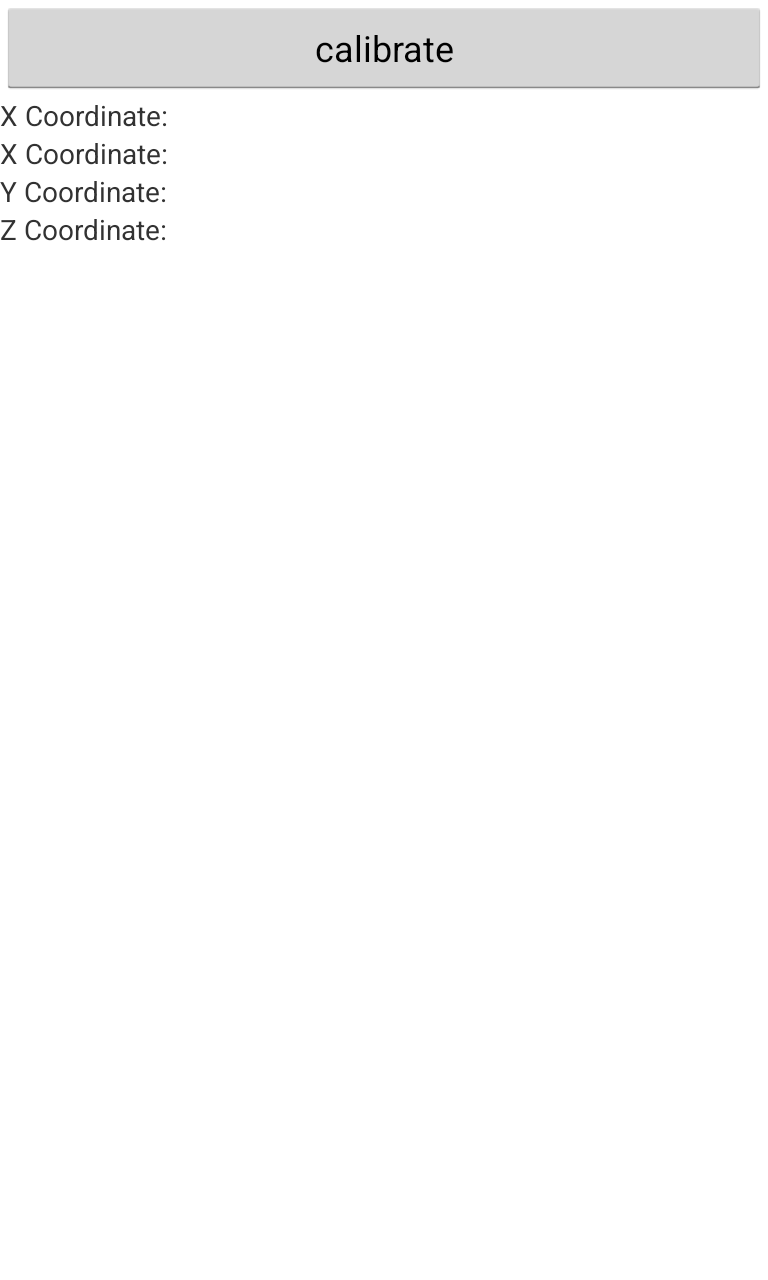
Repository: ayueh/hackmit
Layout: vibe/res/layout/activity_main.xml
An editor plug-in stored every save of this project. The layout is shown before and after the next save, followed by the edit.
It is drawn on a 768 x 1280 px phone screen (xhdpi) without system bars, with theme AppTheme; the app's code is not run.

Above is the layout before, as saved 2013-10-05 23:52:21.

### vibe/res/layout/activity_main.xml
<?xml version="1.0" encoding="utf-8"?>
<TableLayout
	xmlns:android="http://schemas.android.com/apk/res/android"
	android:layout_width="fill_parent"
	android:layout_height="fill_parent">

    <Button
     android:layout_height="wrap_content"
     android:layout_width="wrap_content"
     android:text="calibrate"
     android:onClick="calibrate" />

	<TableRow>
	<TextView
		android:id="@+id/mag"
		android:text="X Coordinate: "
		android:layout_width="wrap_content"
		android:layout_height="wrap_content"
	/>
	</TableRow>

	<TableRow>
	<TextView
		android:id="@+id/xcoor"
		android:text="X Coordinate: "
		android:layout_width="wrap_content"
		android:layout_height="wrap_content"
	/>
	</TableRow>

	<TableRow>
	<TextView
		android:id="@+id/ycoor"
		android:text="Y Coordinate: "
		android:layout_width="wrap_content"
		android:layout_height="wrap_content"
	/>
	</TableRow>

	<TableRow>
	<TextView
		android:id="@+id/zcoor"
		android:text="Z Coordinate: "
		android:layout_width="wrap_content"
		android:layout_height="wrap_content"
	/>
	</TableRow>

</TableLayout>

Loaded but not shown: vibe/res/values/styles.xml (common file); vibe/res/values-v11/styles.xml (common file); vibe/res/values-v14/styles.xml (common file)

After the next save:
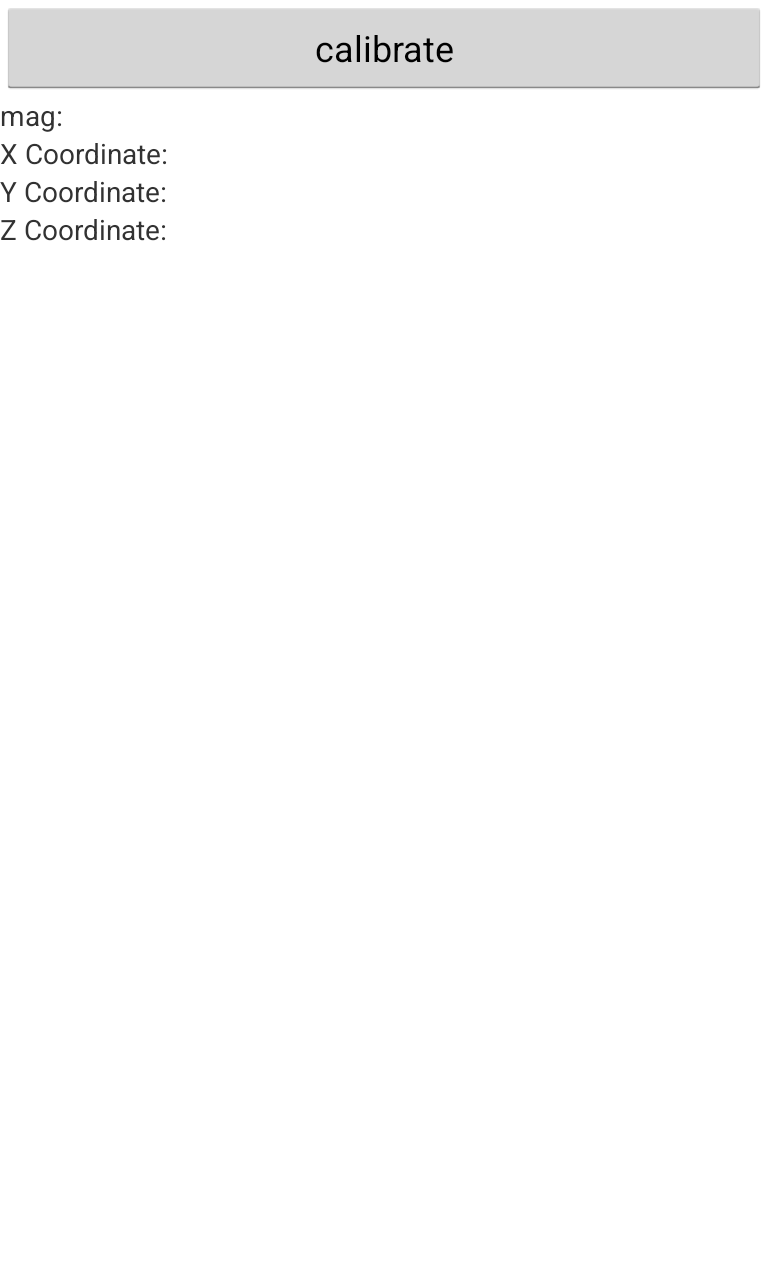
Saved 5 s later.
--- a/vibe/res/layout/activity_main.xml
+++ b/vibe/res/layout/activity_main.xml
@@ -13,7 +13,7 @@
 	<TableRow>
 	<TextView
 		android:id="@+id/mag"
-		android:text="X Coordinate: "
+		android:text="mag: "
 		android:layout_width="wrap_content"
 		android:layout_height="wrap_content"
 	/>
